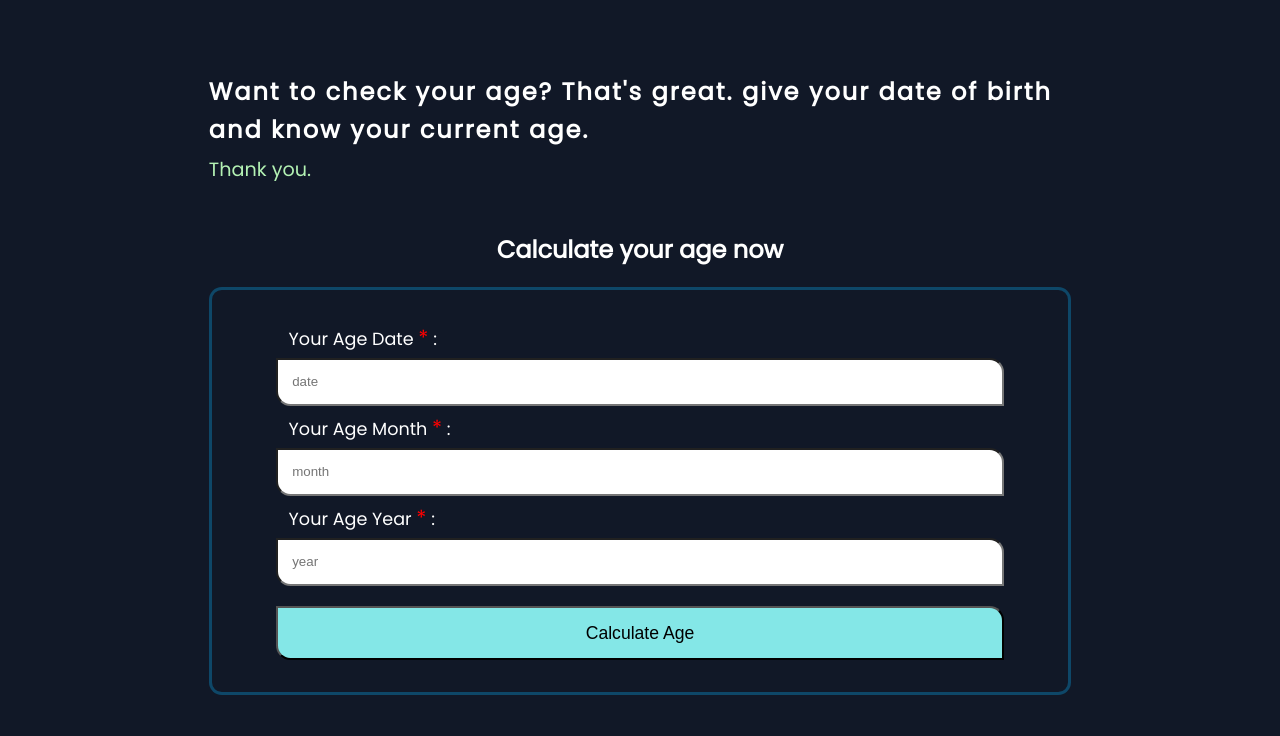
Repository: omarpervezz/age-calculator
Page: index.html
The author's editor kept a copy of each file at every save. The page is drawn from the files as they stood at one save, then again after a run of saves.
The browser window is 1280 px wide. The pictures show the whole page.
Some web fonts or font styles are not loaded; a fallback is used.

Above is the page before, as saved 2022-08-13 00:49:13.

### index.html
<!doctype html>
<html lang="en">

<head>
    <!-- Required meta tags -->
    <meta charset="utf-8">
    <meta name="viewport" content="width=device-width, initial-scale=1">

    <!-- Font Awesome Icons  -->
    <link rel="stylesheet" href="https://cdnjs.cloudflare.com/ajax/libs/font-awesome/5.15.1/css/all.min.css"
        integrity="sha512-+4zCK9k+qNFUR5X+cKL9EIR+ZOhtIloNl9GIKS57V1MyNsYpYcUrUeQc9vNfzsWfV28IaLL3i96P9sdNyeRssA=="
        crossorigin="anonymous" />

    <!-- Google Fonts  -->
    <link rel="preconnect" href="https://fonts.googleapis.com">
    <link rel="preconnect" href="https://fonts.gstatic.com" crossorigin>
    <link href="https://fonts.googleapis.com/css2?family=Poppins&display=swap" rel="stylesheet">
    <!-- Google Icon -->
    <link href="https://fonts.googleapis.com/icon?family=Material+Icons"
      rel="stylesheet">
      <link rel="stylesheet" href="https://fonts.googleapis.com/css2?family=Material+Symbols+Outlined:opsz,wght,FILL,GRAD@48,400,0,0" />
     <link rel="stylesheet" href="style.css">

    <title>Age Calculator</title>
</head>

<body>
   <div class="age_calculator_container">
    <div class="info container">
      <h1>Want to check your age? That's great. give your date of birth and know your current age.</h1>
      <span>Thank you.</span>
     </div>
    <div class="container">
      <h2>Calculate your age now</h2>
       <div class="box">
        <form action="#" id="form">
            <div class="date_of_birth">
              <label for="date">
                Your Age Date <span>*</span> :
              </label>
              <input type="number" id="date" placeholder="date" class="date">
            </div>
            <div class="date_of_month">
              <label for="month">
                Your Age Month <span>*</span> :
              </label>
              <input type="number" id="month" placeholder="month" class="month">
            </div>
            <div class="date_of_year">
              <label for="year">
                Your Age Year <span>*</span> :
              </label>
              <input type="number" id="year" placeholder="year" class="year">
            </div>
            <div class="submit_">
              <button type="submit" id="submit" class="btn btn-primary">Calculate Age</button>
            </div>
        </form>
       </div>

    </div>
   </div>

    <script src="calculate.js"></script>
</body>

</html>

### style.css
body{
  background-color: #111827;
  color: white;
  font-family: 'Poppins', sans-serif;
  box-sizing: border-box;
  height: 100vh;
  display: flex;
  justify-content: center;
  align-items:
  center;
  overflow-x: hidden;
}
:root{
  --width:100%;
}
h1{
  font-size: 1.5rem;
  margin-bottom: .4rem;
  padding-top: 1rem;
  line-height: 38px;
  letter-spacing: 2px;
}
h2{
  text-align: center;
  margin-top: 3rem;
}
.info span{
  color: #b3f1b3;
  font-weight: normal;
  font-size: 1.2rem;
}
.container{
  max-width: calc(var(--width) - 30%);
  margin: auto;
}
.box{
  background-color: #111827;
  overflow: hidden;
  padding: 2rem 4rem;
  height: fit-content;
  border: .2rem solid #0d81b973;
  border-radius: .8rem;
}
.box div{
  width:100%;
}
.box label{
  width:100%;
  display: block;
  font-size: 1.1rem;
  margin-bottom: .3rem;
  padding: 0 .8rem;
}
.box label span{
  color: red;
  margin-top: 0rem;
  font-size: 1.3rem;
}
.box input{
  padding: .9rem .9rem;
  margin-bottom: .4rem;
  border-top-right-radius: .9rem;
  border-bottom-left-radius: .9rem;
  width: 100%;
  box-sizing: border-box;
  transition: 0.3s background linear;
  -webkit-transition: 0.3s background linear;
  -moz-transition: 0.3s background linear;
  -ms-transition: 0.3s background linear;
  -o-transition: 0.3s background linear;
}
.addFocused{
  background: rgb(0 0 0);
  border: .2rem solid #0f4768;
  color: white;
}
.addFocused::placeholder{
  color: white;
  text-transform: capitalize;
}
.submit_{
  width: 82%;
}
.submit_ button{
  width: 100%;
  padding: .9rem .9rem;
  border-top-right-radius: .9rem;
  border-bottom-left-radius: .9rem;
  font-size: 1.1rem;
  cursor: pointer;
  background: #84e7e7;
  margin-top: .9rem;
  transition: 0.6s background linear;
  -webkit-transition: 0.6s background linear;
  -moz-transition: 0.6s background linear;
  -ms-transition: 0.6s background linear;
  -o-transition: 0.6s background linear;
}
.submit_ button:hover{
  background: transparent;
  color: #fff;
  border: .1rem solid white;
}
.result_box{
  background-color: #005574;
  border-radius: .9rem;
  margin-top: 2rem;
  position: relative;
}
.result_content{
  display:
  flex;
  flex-direction: column;
  padding: 1.3rem 0;
}
.result_content div{
  display:
  flex;
  flex-direction: row;
  justify-content: space-evenly;
}
.result_content div span{
  color: #e9e8e9;
  font-weight: 400;
  display: inline-block;
  margin-bottom: .7rem;
}
.material-symbols-outlined{
  position: absolute;
  right: 1.3rem;
  font-size: 1.4rem;
  top: 0.8rem;
  cursor: pointer;
  color: #4febf3;
  font-weight: normal;
}

@media (max-width:476px){
  .container{
    max-width: calc(var(--width) - 10%);
  }
}

### calculate.js
const birth_date = document.querySelector('.date');
const month = document.querySelector('.month');
const year = document.querySelector('.year');

// focus input and change bg
birth_date.addEventListener('focus', function(event){
  addClass(birth_date,event);
});
month.addEventListener('focus', function(event){
  addClass(month,event)
});
year.addEventListener('focus', function(event){
  addClass(year,event)
});
const addClass = (input,event) => {
  if(event.path[0].id == 'date'){
    event.path[0].classList.add('addFocused');
    month.classList.remove('addFocused');
    year.classList.remove('addFocused');
  }else if(event.path[0].id == 'month'){
    event.path[0].classList.add('addFocused');
    birth_date.classList.remove('addFocused');
    year.classList.remove('addFocused');
  }else if(event.path[0].id == 'year'){
    event.path[0].classList.add('addFocused');
    month.classList.remove('addFocused');
    birth_date.classList.remove('addFocused');
  }
}

const calculateAge = document.querySelector('#form');
calculateAge.addEventListener('submit', function(event) {
  event.preventDefault();
  let userDateOfBirth = document.querySelector('#date').value;  // 20
  let userBirthMonth = document.querySelector('#month').value;  // 12
  let userBirthYears = document.querySelector('#year').value;   // 1990

  // today date
  let date = new Date();   // new date
  let todayDate = date.getDate();  // current date
  let currentMonth = 1 + date.getMonth() // current month;
  let currentYear = date.getFullYear() // current year;
  let months_ = [31, 28, 31, 30, 31, 30, 31, 31, 30, 31, 30, 31] // random array for 31 28 30 calculated;


  if(userDateOfBirth > todayDate){  // checking if userdate > today date
    todayDate = todayDate + months_[currentMonth - 1]; // 44
    currentMonth = currentMonth - 1; //7
  }
if(userBirthMonth > currentMonth){
  console.log(currentMonth);
  currentMonth = currentMonth + 12; // 19
  console.log(currentMonth);
  currentYear = currentYear - 1; // 2021
}

  let d = todayDate - userDateOfBirth; // 13 - 20 = -7
  console.log(currentMonth);
  console.log(userBirthMonth);
  let m = currentMonth - userBirthMonth // 8 - 12 == -4;
  let y = currentYear - userBirthYears // 2022 - 1990 32;

  const box = document.querySelector('.box');

  box.innerHTML += `
  <div class="result_box">
  <span class="material-symbols-outlined" id="close-item">
close
</span>

  <div class="result_content">
   <div>
     <span>Your Age</span><span>${y} Years</span>
   </div>
   <div><span>Your Month</span><span>${m} Month</span></div>
   <div>
     <span>Your Days</span><span>${d} Days</span>
   </div>
  </div>
</div>
  `
  const item = document.querySelector('.result_box');
  const closeItem = document.querySelector('#close-item');
  closeItem.addEventListener('click', function(event){
    item.remove();
    location.reload();
  })
});

After the next 2 saves:
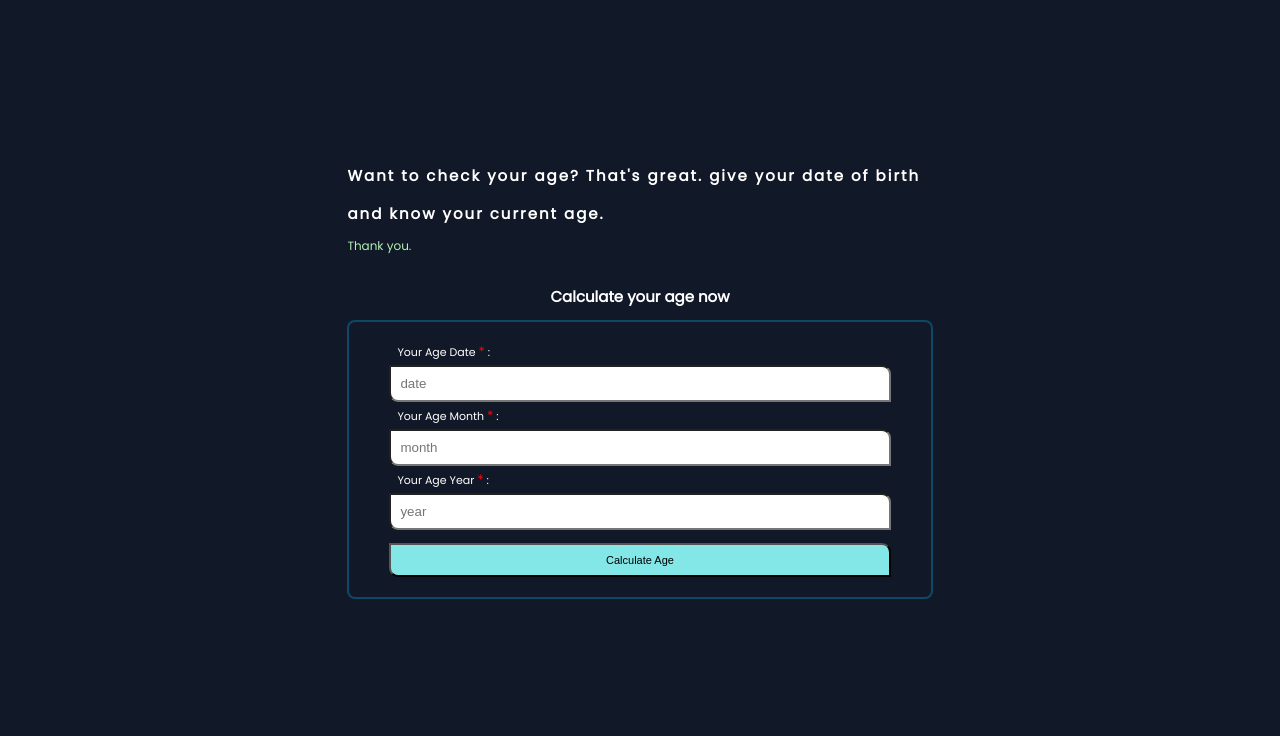
The 2 saves are shown as one change because they came seconds apart.
The last was saved 25 s later.
--- a/style.css
+++ b/style.css
@@ -12,6 +12,9 @@ body{
 }
 :root{
   --width:100%;
+}
+html{
+  font-size: 62.5%;
 }
 h1{
   font-size: 1.5rem;
